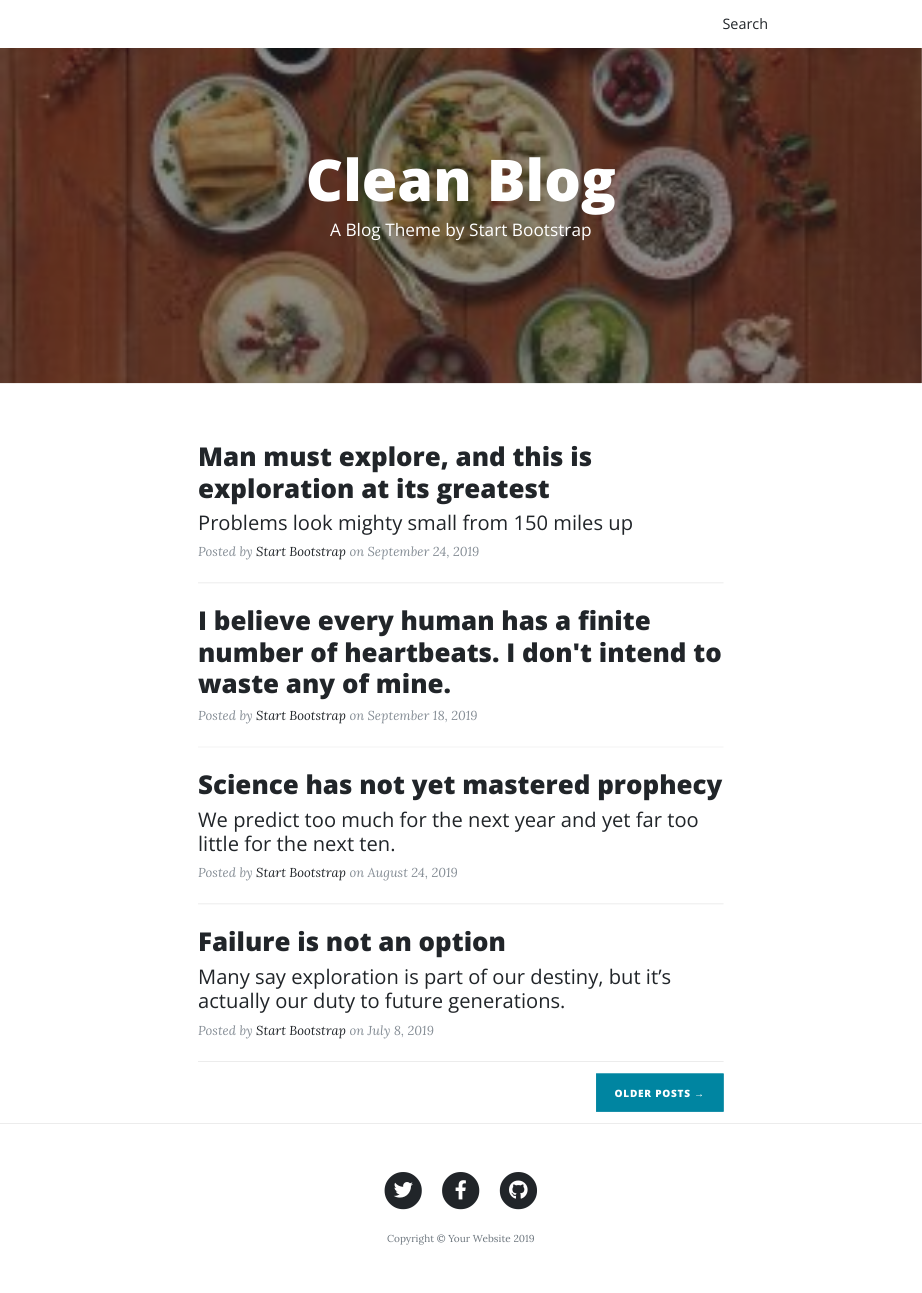
Repository: marstangg/mamasrecipes
Page: templates/index.html
The author's editor kept a record of every edit. The page is drawn from the files as they stood at one moment, then again after the next edit.
The browser window is 1280 px wide. The pictures show the whole page, at 72% of full size.
The template is drawn by Flask 3. The application's start-up code is not run. Other server files are loaded and not shown. The template is opened directly, without the code that normally fills it, so the values that code supplies are empty.

Above is the page before.

### templates/index.html
<!DOCTYPE html>
<html lang="en">

<head>

  <meta charset="utf-8">
  <meta name="viewport" content="width=device-width, initial-scale=1, shrink-to-fit=no">
  <meta name="description" content="">
  <meta name="author" content="">

  <title>Everyones Recipe</title>

  <!-- Bootstrap core CSS -->
  <link href="static/vendor/bootstrap/css/bootstrap.min.css" rel="stylesheet">

  <!-- Custom fonts for this template -->
  <link href="static/vendor/fontawesome-free/css/all.min.css" rel="stylesheet" type="text/css">
  <link href='https://fonts.googleapis.com/css?family=Lora:400,700,400italic,700italic' rel='stylesheet' type='text/css'>
  <link href='https://fonts.googleapis.com/css?family=Open+Sans:300italic,400italic,600italic,700italic,800italic,400,300,600,700,800' rel='stylesheet' type='text/css'>

  <!-- Custom styles for this template -->
  <link href="static/css/clean-blog.min.css" rel="stylesheet">

</head>

<body>

  <!-- Navigation -->
  <nav class="navbar navbar-expand-lg navbar-light fixed-top" id="mainNav">
    <div class="container">
      <a class="navbar-brand" href="index.html">Mamas Recipes</a>
      <button class="navbar-toggler navbar-toggler-right" type="button" data-toggle="collapse" data-target="#navbarResponsive" aria-controls="navbarResponsive" aria-expanded="false" aria-label="Toggle navigation">
        Menu
        <i class="fas fa-bars"></i>
      </button>
      <div class="collapse navbar-collapse" id="navbarResponsive">
        <ul class="navbar-nav ml-auto">
          <li class="nav-item">
            <a href="{{url_for('index')}}">Home</a>
          </li>
          <li class="nav-item">
            <a href="{{url_for('recipes')}}">Recipes</a>
          </li>
          <li class="nav-item">
            <li><a href="{{url_for('search')}}">Search</a></li>
          </li>
          <li class="nav-item">
            <a href="{{url_for('add_recipe')}}">Add Recipes</a>
          </li>
        </ul>
      </div>
    </div>
  </nav>

  <!-- Page Header -->
  <header class="masthead" style="background-image: url('static/img/recipehome.jpg')">
    <div class="overlay"></div>
    <div class="container">
      <div class="row">
        <div class="col-lg-8 col-md-10 mx-auto">
          <div class="site-heading">
            <h1>Clean Blog</h1>
            <span class="subheading">A Blog Theme by Start Bootstrap</span>
          </div>
        </div>
      </div>
    </div>
  </header>

  <!-- Main Content -->
  <div class="container">
    <div class="row">
      <div class="col-lg-8 col-md-10 mx-auto">
        <div class="post-preview">
          <a href="post.html">
            <h2 class="post-title">
              Man must explore, and this is exploration at its greatest
            </h2>
            <h3 class="post-subtitle">
              Problems look mighty small from 150 miles up
            </h3>
          </a>
          <p class="post-meta">Posted by
            <a href="#">Start Bootstrap</a>
            on September 24, 2019</p>
        </div>
        <hr>
        <div class="post-preview">
          <a href="post.html">
            <h2 class="post-title">
              I believe every human has a finite number of heartbeats. I don't intend to waste any of mine.
            </h2>
          </a>
          <p class="post-meta">Posted by
            <a href="#">Start Bootstrap</a>
            on September 18, 2019</p>
        </div>
        <hr>
        <div class="post-preview">
          <a href="post.html">
            <h2 class="post-title">
              Science has not yet mastered prophecy
            </h2>
            <h3 class="post-subtitle">
              We predict too much for the next year and yet far too little for the next ten.
            </h3>
          </a>
          <p class="post-meta">Posted by
            <a href="#">Start Bootstrap</a>
            on August 24, 2019</p>
        </div>
        <hr>
        <div class="post-preview">
          <a href="post.html">
            <h2 class="post-title">
              Failure is not an option
            </h2>
            <h3 class="post-subtitle">
              Many say exploration is part of our destiny, but it’s actually our duty to future generations.
            </h3>
          </a>
          <p class="post-meta">Posted by
            <a href="#">Start Bootstrap</a>
            on July 8, 2019</p>
        </div>
        <hr>
        <!-- Pager -->
        <div class="clearfix">
          <a class="btn btn-primary float-right" href="#">Older Posts &rarr;</a>
        </div>
      </div>
    </div>
  </div>

  <hr>

  <!-- Footer -->
  <footer>
    <div class="container">
      <div class="row">
        <div class="col-lg-8 col-md-10 mx-auto">
          <ul class="list-inline text-center">
            <li class="list-inline-item">
              <a href="#">
                <span class="fa-stack fa-lg">
                  <i class="fas fa-circle fa-stack-2x"></i>
                  <i class="fab fa-twitter fa-stack-1x fa-inverse"></i>
                </span>
              </a>
            </li>
            <li class="list-inline-item">
              <a href="#">
                <span class="fa-stack fa-lg">
                  <i class="fas fa-circle fa-stack-2x"></i>
                  <i class="fab fa-facebook-f fa-stack-1x fa-inverse"></i>
                </span>
              </a>
            </li>
            <li class="list-inline-item">
              <a href="#">
                <span class="fa-stack fa-lg">
                  <i class="fas fa-circle fa-stack-2x"></i>
                  <i class="fab fa-github fa-stack-1x fa-inverse"></i>
                </span>
              </a>
            </li>
          </ul>
          <p class="copyright text-muted">Copyright &copy; Your Website 2019</p>
        </div>
      </div>
    </div>
  </footer>

  <!-- Bootstrap core JavaScript -->
  <script src="static/vendor/jquery/jquery.min.js"></script>
  <script src="static/vendor/bootstrap/js/bootstrap.bundle.min.js"></script>

  <!-- Custom scripts for this template -->
  <script src="static/js/clean-blog.min.js"></script>

</body>

</html>

Loaded but not shown: static/css/clean-blog.min.css (library); static/js/clean-blog.min.js (common file)

After the next edit:
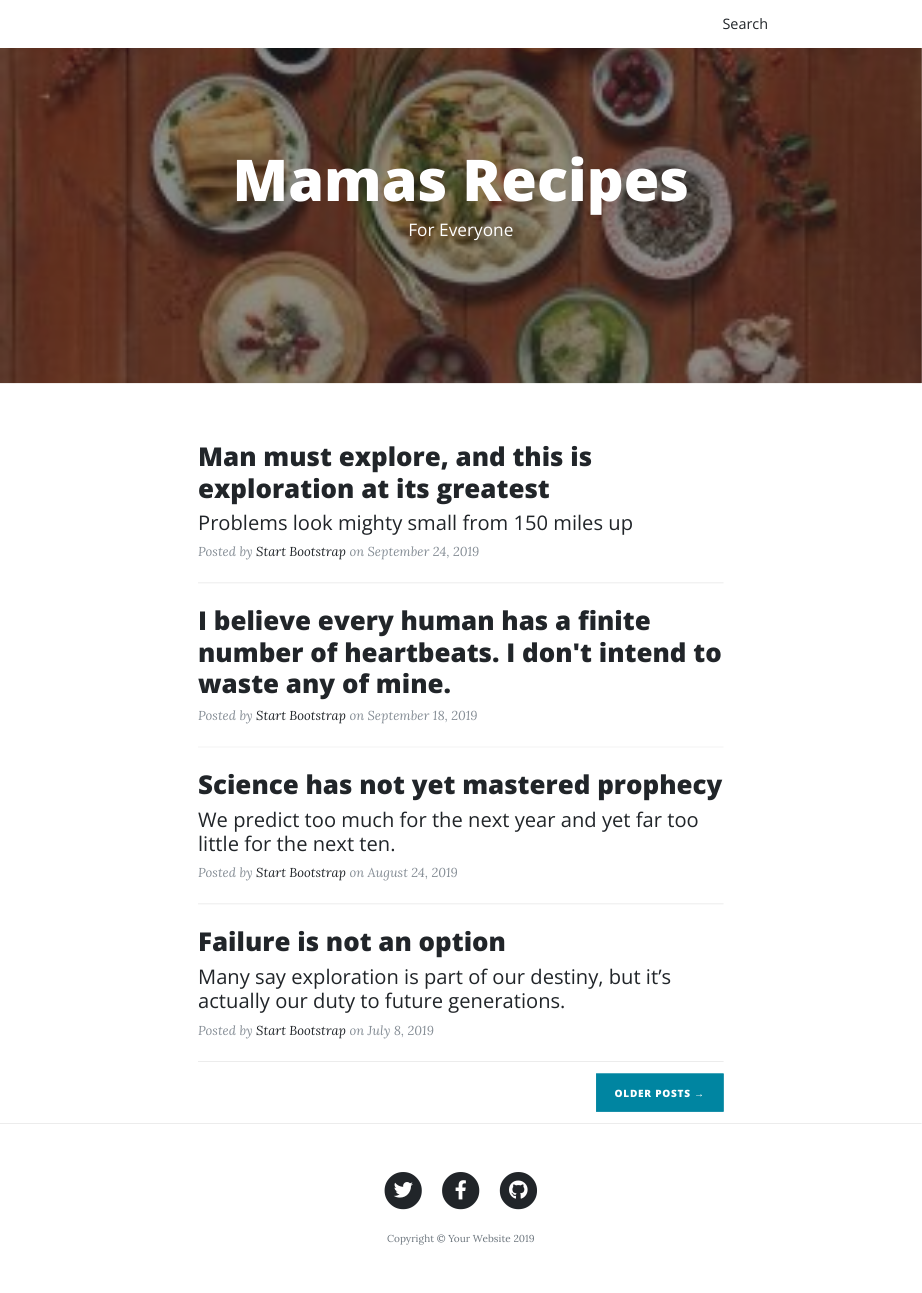
The edit:
--- a/templates/index.html
+++ b/templates/index.html
@@ -59,8 +59,8 @@
       <div class="row">
         <div class="col-lg-8 col-md-10 mx-auto">
           <div class="site-heading">
-            <h1>Clean Blog</h1>
-            <span class="subheading">A Blog Theme by Start Bootstrap</span>
+            <h1>Mamas Recipes</h1>
+            <span class="subheading">For Everyone</span>
           </div>
         </div>
       </div>
